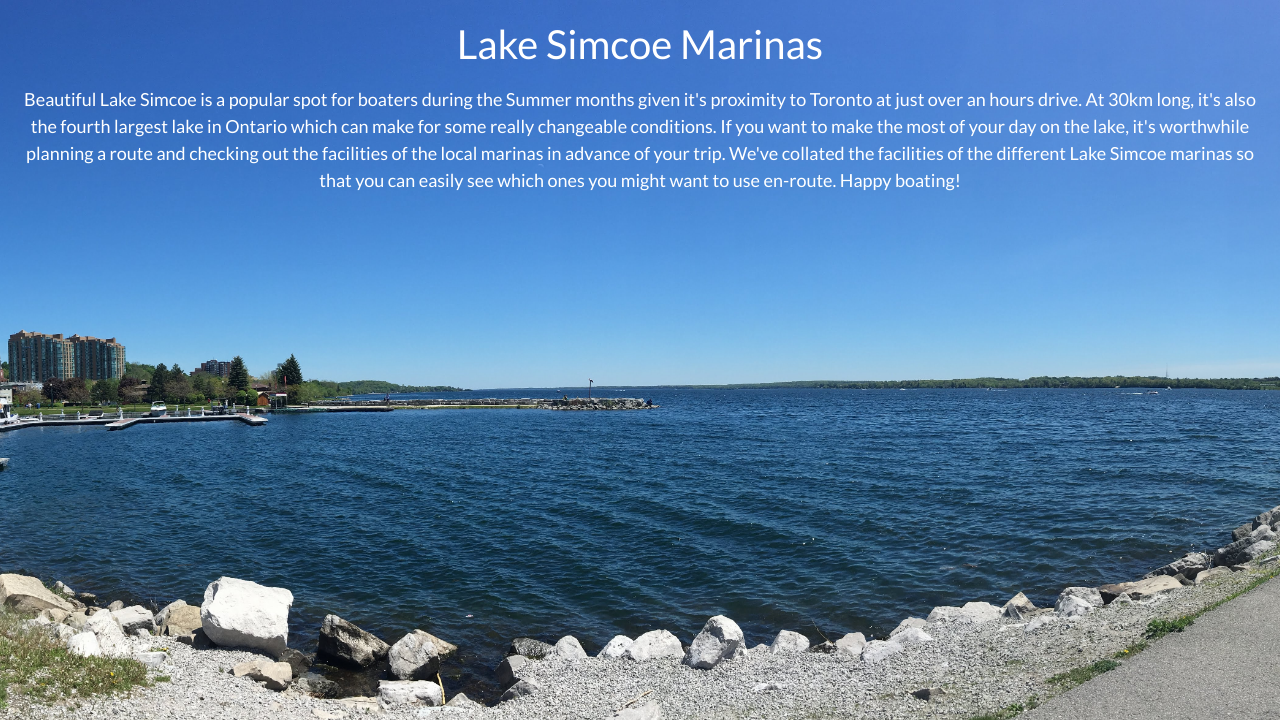
Repository: JayneyNix/milestone-2-interactive-frontend
Page: index.html
The author's editor kept a record of every edit. The page is drawn from the files as they stood at one moment, then again after the next edit.
The browser window is 1280 px wide. The pictures show the whole page.
Some web libraries are served in a nearby version.

Above is the page before.

### index.html
<!DOCTYPE html>
<html>

<head>
    <meta charset="UTF-8">
    <meta name="viewport" content="width=device-width, initial-scale=1.0">
    <meta http-equiv="X-UA-Compatible" content="ie=edge">

    <link rel="stylesheet" href="https://cdnjs.cloudflare.com/ajax/libs/twitter-bootstrap/4.3.1/css/bootstrap.min.css">
    <link rel="stylesheet" href="https://fonts.googleapis.com/css?family=Lato">
    <script src="https://kit.fontawesome.com/5e5eb58eda.js" crossorigin="anonymous"></script>
    <link rel="stylesheet" href="assets/css/style.css" type="text/css">






    <title>Lake Simcoe Marinas</title>
</head>

<body>
    <div class="container-fluid bg">
<div class="row">
    <div class="col-sm-12 heading">
        <h1>Lake Simcoe Marinas</h1>
    </div>
    <div class="col-sm-12">
        <p class="intro-text">
            Beautiful Lake Simcoe is a popular spot for boaters during the Summer months given it's proximity to Toronto at just over an hours drive. At 30km long, it's also the fourth largest lake in Ontario which can make for some really changeable conditions. If you want to make the most of your day on the lake, it's worthwhile planning a route and checking out the facilities of the local marinas in advance of your trip. We've collated the facilities of the different Lake Simcoe marinas so that you can easily see which ones you might want to use en-route. Happy boating!</p>
    </div>
    <div class="col-sm-12">
    <div id="map"></div>
    </div>
</div>

    </div>
    </div>

    </div>


    <script src="https://cdnjs.cloudflare.com/ajax/libs/jquery/3.4.1/jquery.slim.js"></script>
    <script src="https://cdnjs.cloudflare.com/ajax/libs/popper.js/1.15.0/umd/popper.min.js"></script>
    <script src="https://cdnjs.cloudflare.com/ajax/libs/twitter-bootstrap/4.3.1/js/bootstrap.min.js"></script>
    <link rel="stylesheet" href="assets/js/main.js" type="text/javascript">
</body>

</html>

### assets/css/style.css
.bg {
background: url(../images/barrie-marina.jpg);
    background-position: center;
    background-repeat: no-repeat;
    background-size: cover;
    width: 100vw;
    height: 100vh;
    -webkit-background-size: cover;
  -moz-background-size: cover;
  -o-background-size: cover;

}

.heading {
    padding-top: 20px;
    text-align: center;
    font-family: Lato;
    font-size: 24px;
    color: #fff;
}

.intro-text {
    padding-top: 10px;
    text-align: center;
    font-family: Lato;
    font-size: 18px;
    color: #fff;
}

After the next edit:
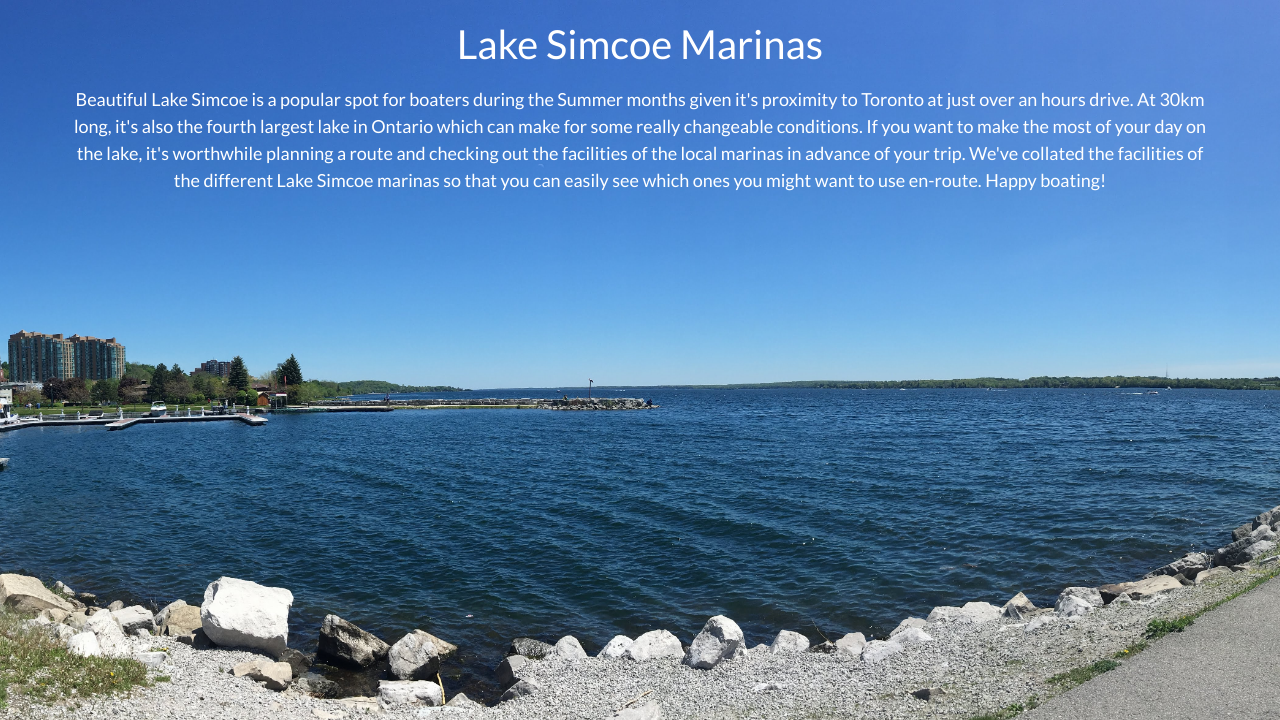
The edit:
--- a/assets/css/style.css
+++ b/assets/css/style.css
@@ -21,6 +21,8 @@
 
 .intro-text {
     padding-top: 10px;
+    padding-left: 50px;
+    padding-right: 50px;
     text-align: center;
     font-family: Lato;
     font-size: 18px;
